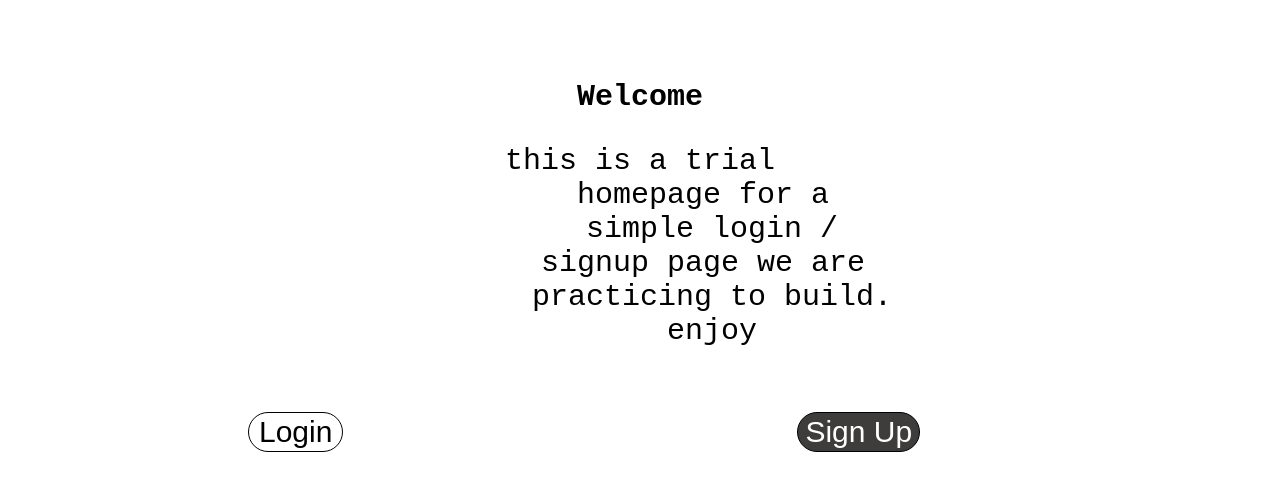
Repository: yhung004/TUTORIAL_PAGE
Page: home.html
The author's editor kept a copy of each file at every save. The page is drawn from the files as they stood at one save, then again after the next save.
The browser window is 1280 px wide. The pictures show the whole page.

Above is the page before, as saved 2024-04-10 01:58:56.

### home.html
<!DOCTYPE html>
<html lang="en">
<head>
    <meta charset="UTF-8">
    <meta name="viewport" content="width=device-width, initial-scale=1.0">
    <title>Document</title>
    <link rel="stylesheet" href="main.css">
</head>
<body>
    <h3 class="welcome">Welcome</h3>
    <pre class="welcome_text">this is a trial
        homepage for a
        simple login /
        signup page we are
        practicing to build.
        enjoy
    </pre>
    <button class="button_a">
       <a href="#" class="button_a1">Login</a>
    </button>
    <button class="button_b">
        <a href="#" class="button_b1">Sign Up</a>
    </button>
</body>
</html>

### main.css
.welcome{
    text-align: center;
    font-family: 'Courier New', Courier, monospace;
    font-size: 30px;
    margin-top: 80px;
}
.welcome_text {
    text-align:center;
    font-family: 'Courier New', Courier, monospace;
    font-size: 30px;
}
.button_a {
    position: relative;
    margin: 0 -200px 0 240px;
    border: 1px solid black;
    background-color:white;
    border-radius: 20px;
    font-size: 30px;
    padding: 2px 10px 2px 10px;
}
.button_b {
    position: relative;
    right: -650px;
    border : 1px solid black;
    border-radius: 20px;
    background-color: rgb(63, 60, 60);
    color:white;
    font-size: 30px;
    padding: 2px 7px 2px 7px;
}
a.button_b1 {
    text-decoration: none;
    color:white;
}
a.button_a1 {
    text-decoration:none;
    color:black;
}

After the next save:
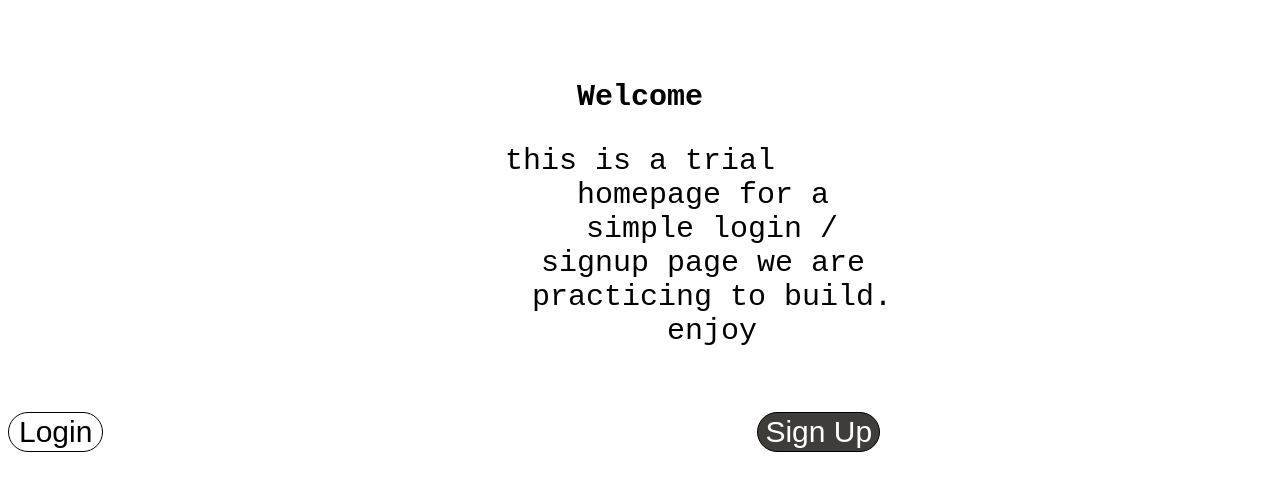
Saved 2 min 33 s later.
--- a/main.css
+++ b/main.css
@@ -11,7 +11,7 @@
 }
 .button_a {
     position: relative;
-    margin: 0 -200px 0 240px;
+    left: auto;
     border: 1px solid black;
     background-color:white;
     border-radius: 20px;
